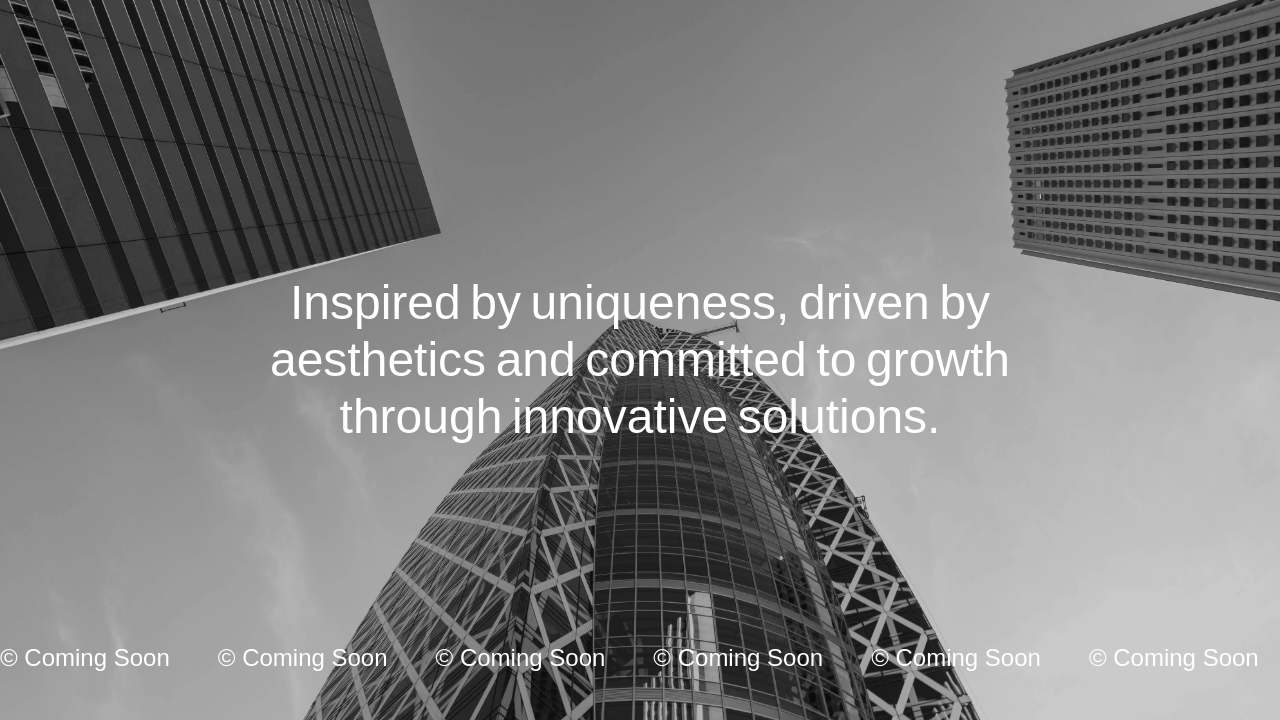
Repository: leswisss/comingsoon
Page: /
An editor plug-in stored every save of this project. The page is shown before and after the next save, followed by the edit.
The browser window is 1280 px wide. The pictures show the whole page.
Some web fonts or font styles are not loaded; a fallback is used. The project was rebuilt for these pictures with package versions that can differ from the ones it lists, and the page was loaded fresh each time. The framework's server and built-in components were replaced by stand-ins that run in the browser. Also part of the build but not shown: next.config.mjs.

Above is the page before, as saved 2024-06-16 15:22:16.

### app/layout.tsx
import type { Metadata } from "next";
import localFont from "next/font/local";
import "../styles/globals.scss";

const regular = localFont({
  src: "./SF-Pro-Display-Regular.ttf",
  display: "swap",
  variable: "--regular-font",
});

const medium = localFont({
  src: "./SF-Pro-Display-Medium.ttf",
  display: "swap",
  variable: "--medium-font",
});

const semibold = localFont({
  src: "./SF-Pro-Display-Semibold.ttf",
  display: "swap",
  variable: "--semibold-font",
});

const italic = localFont({
  src: "./BigCaslonFB-Italic.ttf",
  display: "swap",
  variable: "--italic-font",
});

export const metadata: Metadata = {
  title: "Better Marque - Branding Agency",
  description: "Generated by create next app",
};

export default function RootLayout({
  children,
}: Readonly<{
  children: React.ReactNode;
}>) {
  return (
    <html lang="en">
      <body
        className={`${italic.variable} ${regular.variable} ${medium.variable} ${semibold.variable}`}
      >
        {children}
      </body>
    </html>
  );
}

### app/page.tsx
import { HomePageWrapper } from "@/components";

export default function Home() {
  return (
    <main>
      <HomePageWrapper/>
    </main>
  );
}

### styles/globals.scss
/*=============== VARIABLES SCSS ===============*/
:root {
  --header-height: 6rem;
  --white: white;
  --black: black;
  --grey: #535353;


  /*========== Font and typography ==========*/
  /*.5rem = 8px | 1rem = 16px ...*/
  // --body-font: 'Montserrat', sans-serif;

  --h1-font-size: 3rem;
  --h2-font-size: 2rem;
  --normal-font-size: 1rem;
  --small-font-size: .94rem;
}

/* Responsive typography */
@media screen and (max-width: 1088px) {
  :root {
    --h1-font-size: 2.75rem;
    --h2-font-size: 1.8rem;
    --normal-font-size: 0.96rem;
    --small-font-size: .90rem;
  }
}

@media screen and (max-width: 628px) {
  :root {
    --h1-font-size: 2.5rem;
    --h2-font-size: 1.5rem;
    --normal-font-size: 0.92rem;
    --small-font-size: 0.85rem;
  }
}

/*=============== BASE ===============*/
* {
  box-sizing: border-box;
  padding: 0;
  margin: 0;
  scrollbar-width: none;

  &::-webkit-scrollbar{
    display: none;
  }

}

html {
  scroll-behavior: auto;
  height: auto;
}

body{
  font-family: var(--regular-font);
  font-size: var(--normal-font-size);
  background-color: black;
  color: var(--white);
}


ul {
  list-style: none;
}

a {
  text-decoration: none;
}

img {
  max-width: 100%;
  height: auto;
}


/*=============== REUSABLE CSS CLASSES ===============*/
.container {
  max-width: 1450px;
  margin: 0 auto;
}

.main {
  overflow: hidden;
}


@media screen and (max-width: 1450px) {
  .container {
    max-width: 100%;
    margin: 0 3rem;
  }
}


@media screen and (max-width: 1088px) {
  .container {
    max-width: 100%;
    margin: 0 2rem;
  }
}


@media screen and (max-width: 628px) {
  .container {
    max-width: 100%;
    margin: 0 1rem;
  }
}

### components/index.tsx
import HomePageWrapper from "./HomePageWrapper";
import HeroSection from "./HeroSection";

export {
  HomePageWrapper,
  HeroSection
}

### components/HomePageWrapper.tsx
import React from 'react'
import HeroSection from './HeroSection'

const HomePageWrapper = () => {
  return (
    <>
    <HeroSection />
    </>
  )
}

export default HomePageWrapper

### components/HeroSection.tsx
"use client";

import React, { useEffect, useRef } from "react";
import Marquee from "./Marquee";
import Image from "next/image";
import IMAGE from "../public/background.jpg";
import styles from "../styles/hero.module.scss";

const HeroSection = () => {
  const slogan =
    "Inspired by uniqueness, driven by aesthetics and committed to growth through innovative solutions.";
  const refs = useRef<HTMLSpanElement[]>([]);

  const splitwords = () => {
    let body: JSX.Element[] = [];
    slogan.split(" ").forEach((word, i) => {
      const cleanWord = word.replace(/[.,]/g, "");

      if (["uniqueness", "aesthetics", "growth"].includes(cleanWord)) {
        body.push(
          <p
            key={`word-${i}`}
            className={`${styles.word_wrapper} ${styles.italic}`}
          >
            <span
              className={styles.word}
              ref={(el) => {
                if (el) refs.current.push(el);
              }}
            >
              {word}
            </span>
          </p>
        );
      } else {
        body.push(
          <p key={`word-${i}`} className={styles.word_wrapper}>
            <span
              className={styles.word}
              ref={(el) => {
                if (el) refs.current.push(el);
              }}
            >
              {word}
            </span>
          </p>
        );
      }
    });

    return body;
  };


  return (
    <section className={styles.hero}>
      <div className={styles.hero_image}>
        <Image src={IMAGE} fill quality={100} alt="Better Marque" />
      </div>
      <div className={styles.text}>{splitwords()}</div>
      <div className={styles.marquee}>
        <Marquee />
      </div>
    </section>
  );
};

export default HeroSection;

### components/Marquee.tsx
import React from 'react'
import styles from "../styles/marquee.module.scss"

const Marquee = () => {
  return (
    <div className={styles.slider}>
      <div className={styles.coming__wrapper}>
        <p className={styles.soon}>© Coming Soon</p>
        <p className={styles.soon}>© Coming Soon</p>
        <p className={styles.soon}>© Coming Soon</p>
        <p className={styles.soon}>© Coming Soon</p>
        <p className={styles.soon}>© Coming Soon</p>
        <p className={styles.soon}>© Coming Soon</p>
      </div>
      <div className={styles.coming__wrapper}>
        <p className={styles.soon}>© Coming Soon</p>
        <p className={styles.soon}>© Coming Soon</p>
        <p className={styles.soon}>© Coming Soon</p>
        <p className={styles.soon}>© Coming Soon</p>
        <p className={styles.soon}>© Coming Soon</p>
        <p className={styles.soon}>© Coming Soon</p>
      </div>
    </div>
  )
}

export default Marquee

### styles/hero.module.scss
.hero{
  width: 100vw;
  height: 100vh;
  overflow: hidden;
  position: relative;
}

.hero_image{
  width: 100vw;
  height: 100vh;
  position: relative;

  img{
    object-fit: cover;
    filter: brightness(0.8);
  }
}

.text{
  position: absolute;
  color: white;
  z-index: 1;
  width: max-content;
  height: max-content;
  top: 50%;
  left: 50%;
  transform: translate(-50%, -50%);
  display: flex;
  flex-wrap: wrap;
  width: 55rem;
  text-align: center;
  justify-content: center;
  align-items: center;

  .word_wrapper{
    font-size: var(--h1-font-size);
    overflow: hidden;
    width: auto;
    height: 56.8px;
    padding: 0 0.3rem;

    &.italic{
      font-family: var(--italic-font);
    }

    .word{
      position: relative;
      top: 0%; // What i will be animating with gsap
    }
  }
}

.marquee{
  position: absolute;
  width: 100%;
  height: max-content;
  bottom: 3rem;
  left: 0;
  z-index: 1;
}

### styles/marquee.module.scss
.slider{
  position: relative;
  white-space: nowrap;
  display: flex;
}

.coming__wrapper{
  display: flex;
  white-space: nowrap;
  flex-wrap: nowrap;

  .soon{
    margin-right: 3rem;
    font-size: calc(var(--h2-font-size) - 0.5rem);
  }
}

After the next save:
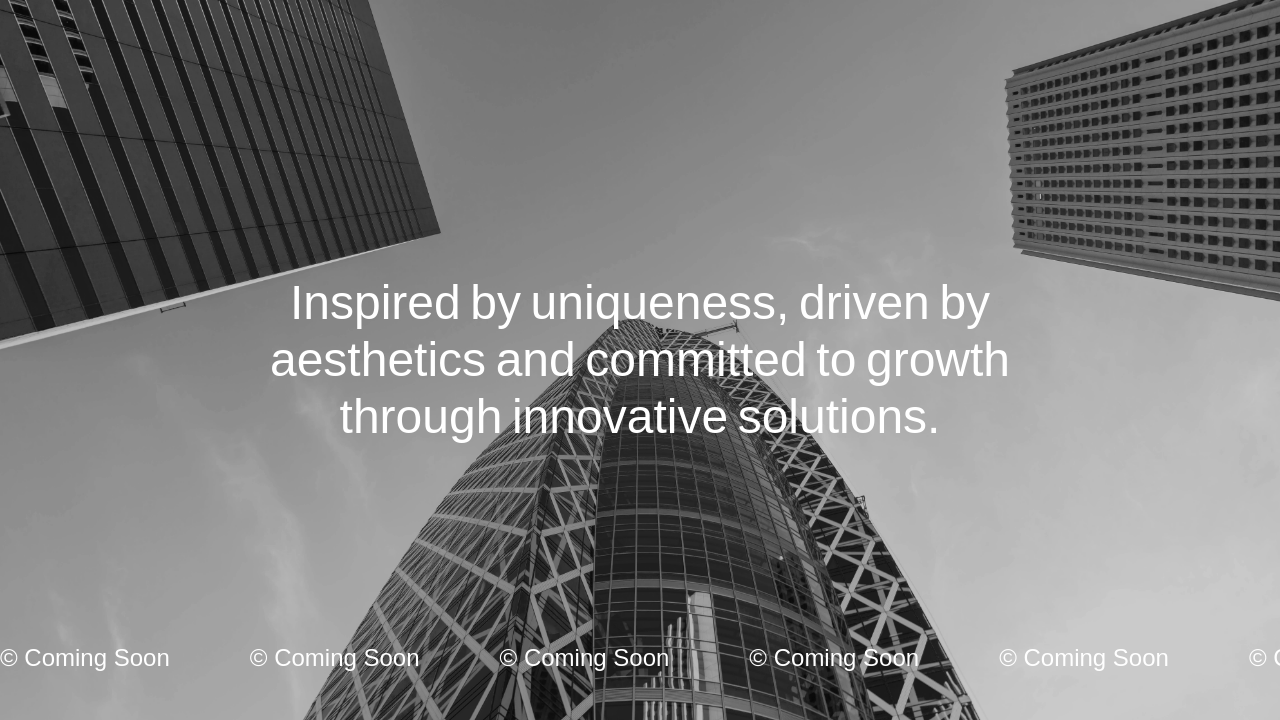
Saved 22 s later.
--- a/styles/marquee.module.scss
+++ b/styles/marquee.module.scss
@@ -10,7 +10,7 @@
   flex-wrap: nowrap;
 
   .soon{
-    margin-right: 3rem;
+    margin-right: 5rem;
     font-size: calc(var(--h2-font-size) - 0.5rem);
   }
 }
